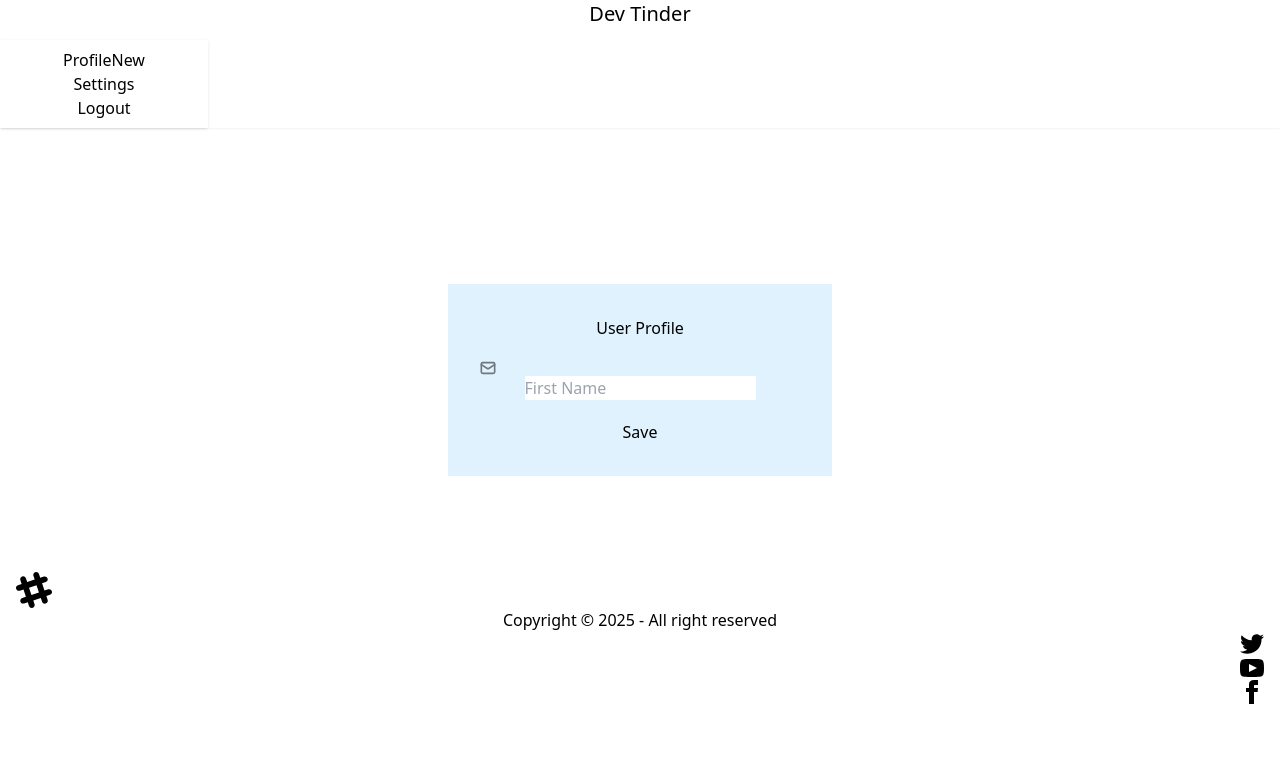
Repository: ROHIT8804/devTinderFrontEnd
Page: /profile (app in devTinder-Web/)
An editor plug-in stored every save of this project. The page is shown before and after the next save, followed by the edit.
The browser window is 1280 px wide. The pictures show the whole page.
The page's requests for data from a server got no answer. The project was rebuilt for these pictures with package versions that can differ from the ones it lists, and the page was loaded fresh each time. No one was signed in, and anything a server would have sent is missing. Also part of the build but not shown: devTinder-Web/vite.config.js, devTinder-Web/src/components/Login.jsx, devTinder-Web/src/components/UserCard.jsx, devTinder-Web/src/components/Feed.jsx.

Above is the page before, as saved 2025-08-09 11:30:09.

After the next save:
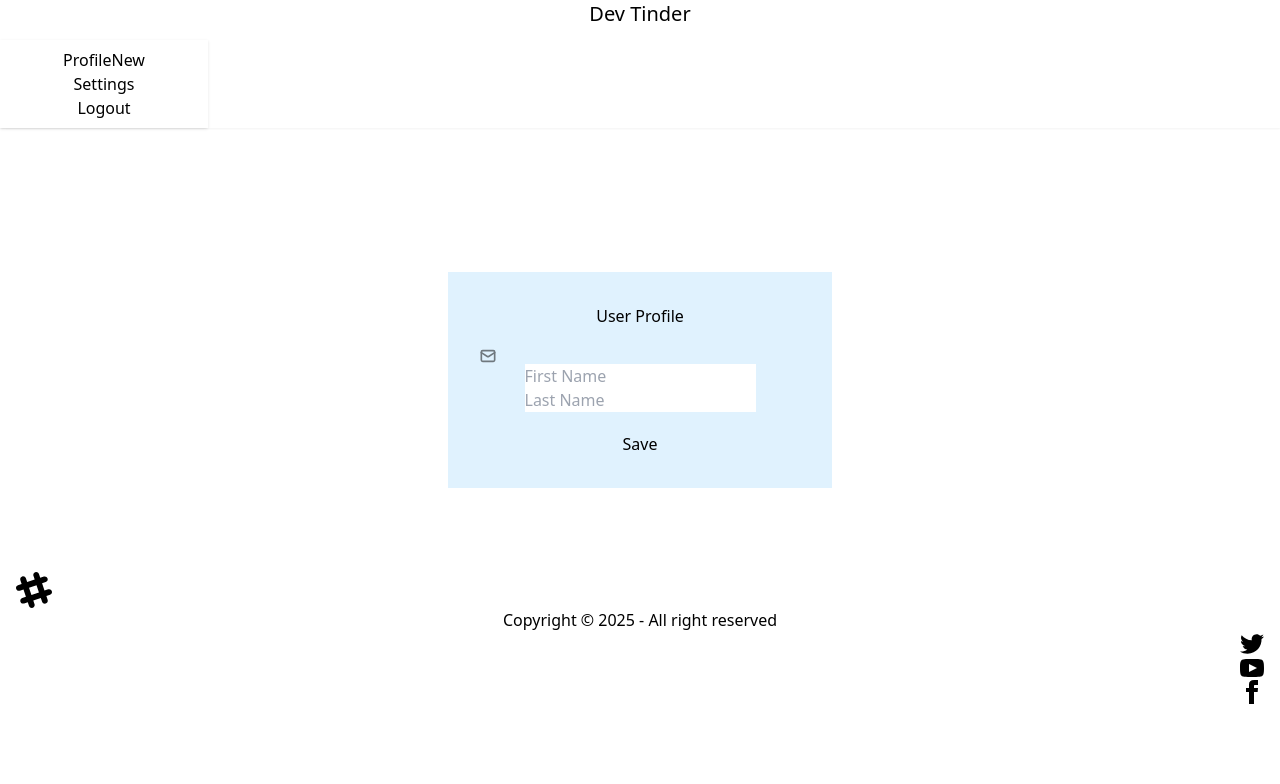
Saved 2 min 10 s later.
--- a/devTinder-Web/src/components/Profile.jsx
+++ b/devTinder-Web/src/components/Profile.jsx
@@ -67,7 +67,7 @@ function Profile() {
             </svg>
             <input type="email" value={firstName} onChange={(e)=>setFirstName(e.target.value)} placeholder="First Name" required />
           </label>
-          <div className="validator-hint hidden">Enter valid email address</div>
+          <input type="email" value={lastName} onChange={(e)=>setLastName(e.target.value)} placeholder="Last Name" required />
         </div>
 
         <p className="text-red-500 text-left w-full">{error}</p>
